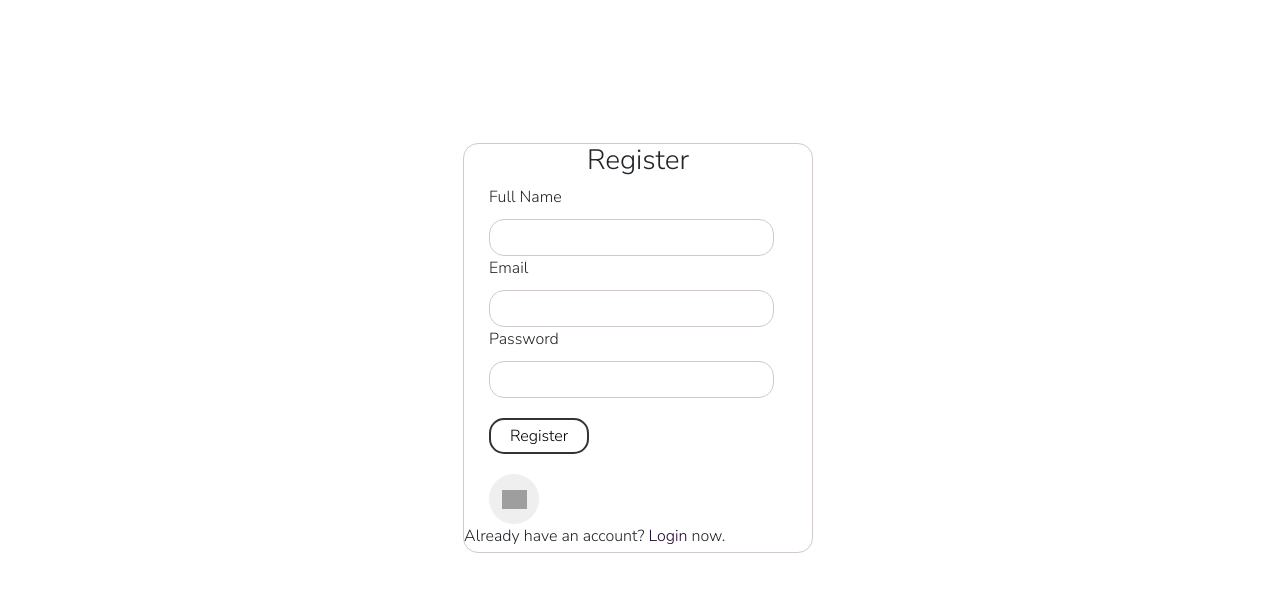
Repository: duzzisantos/rentify
Page: /register
The author's editor kept a copy of each file at every save. The page is drawn from the files as they stood at one save, then again after the next save.
The browser window is 1280 px wide. The pictures show the whole page.
Pictures or frames that could not be fetched are drawn as grey boxes. The project was rebuilt for these pictures with package versions that can differ from the ones it lists, and the page was loaded fresh each time. Also part of the build but not shown: src/home.js, src/admin.js, src/auth/auth.js, src/auth/login.js, src/table-component.js, src/edit-property.js, src/tables.js, src/booking.js.

Above is the page before, as saved 2022-05-19 02:06:43.

### src/App.js
import "./App.css";
import "react-bootstrap";
import "bootstrap/dist/css/bootstrap.min.css";
import { Route, Routes } from "react-router-dom";
import Homepage from "./home";
import Admins from "./admin";
import Auth from "./auth/auth";
import Login from "./auth/login";
import Register from "./auth/register";
import Tables from "./tables";
import EditProperty from "./edit-property";
import Booking from "./booking";

function App() {
  return (
    <div className="App">
      {/* <Auth/> */}
      <Routes>
        <Route path="/" element={<Login />} />
        <Route path="login/*" element={<Login />} />
        <Route path="register/*" element={<Register />} />
        <Route path="auth/*" element={<Auth />} />
        <Route path="auth/home/*" element={<Homepage />} />
        <Route path="auth/admin" element={<Admins />} />
        <Route path="auth/tables/*" element={<Tables />} />
        <Route path="auth/admin/edit-property/:ID" element={<EditProperty />} />
        <Route path="booking/:ID" element={<Booking />} />
      </Routes>
    </div>
  );
}

export default App;

### src/App.css
@import url("https://fonts.googleapis.com/css2?family=Nunito+Sans:wght@300&family=Poppins:wght@200;300&family=Roboto&family=Roboto+Serif:wght@300&family=Ubuntu:wght@300&display=swap");
* {
  font-family: "Nunito Sans", sans-serif;
}
.App {
  /* display: flex;
  flex-direction: column; */
  height: fit-content;
  width: 100%;
}

.hero {
  height: calc(0.4 * 657px);
  background-color: rgb(95, 17, 121);
  width: 100%;
  padding-top: 45px;
  display: flex;
  flex-direction: column;
  justify-content: center;
  align-items: center;
  bottom: 0;
}

.hero #search{
  text-align: left;
  text-indent: 10px;
  margin-bottom: 15px;
  width: 320px;
  border: 1px solid rgb(212,212,212);
  border-radius: 15px;
  outline: none;
  padding: 4px;
}

.hero #search::placeholder{
  font-size: small;
  text-align: center;
}
.hero h4{
  text-align: center;
  color: whitesmoke;
  margin-top: 20px;
}

.filter-property {
  height: calc(0.6 * 657px);
  width: 100%;
  color: gray;
  justify-content: center;
  align-items: center;
  bottom: 0;
  padding-top: 0px;
}

.filter-property h5{
  text-align: center;
  padding-top: 20px;
}
#display-results {
  height: 657px;
  background-color: white;
  width: 100%;
  color: gray;
}

h1 {
  color: white;
  padding-top: 0px;
  text-align: center;
  font-size: clamp(20px, 55px, 60px);
}

h4,
h6 {
  padding-top: 10px;
  margin-left: 25px;
  font-size: clamp(10px, 15px, 20px);
  color: rgba(0, 0, 0, 0.705);
}

.filter-property span {
  margin-left: 25px;
  margin-top: 10px;
  color: rgba(0, 0, 0, 0.705);
  display: block;
  font-weight: 600;
  font-size: 14px;
}

.filter-property label {
  display: inline-block;
  margin-left: 22px;
  font-size: 13px;
  color: rgba(0, 0, 0, 0.705);
}

.filter-property input[type="checkbox"] {
  display: inline-block;
  margin-left: 5px;
}

#search-btn {
  background-color: transparent;
  border: 1px solid black;
  color: rgba(0, 0, 0, 0.705);
  border-radius: 10px;
  display: block;
  margin-left: 25px;
  margin-top: 10px;
  padding: 6px;
  font-size: 13px;
  width: 70px;
  margin-bottom: 20px;
}

#search-btn:hover {
  border: 1px solid rgb(33, 2, 43);
  color: rgb(33, 2, 43);
}

.link {
  text-decoration-line: none;
  color: white;
  margin: 10px;
}

.links{
  color: rgb(33, 2, 43);
  text-decoration: none;
}
.link:hover {
  color: gray;
}

tr .link {
  text-decoration-line: none;
  color: rgba(0, 0, 0, 0.705);
  margin: 10px;
}

tr .link:hover {
  color: rgb(33, 2, 43);
}

.admin-container,
.edit-container {
  height: fit-content;
  padding-top: 80px;
  display: flex;
  flex-direction: column;
  width: 100%;
  justify-content: center;
  align-items: center;
}

.admin-container h2,
.admin-container h6,
.edit-container h6 {
  text-align: center;
}

.admin-container h2,
.edit-container h2 {
  color: rgba(0, 0, 0, 0.705);
  padding: 25px;
}

.admin-container form,
.edit-container form {
  padding-top: 20px;
  width: 450px;
  margin-left: 0;
  display: block;
  background-color: azure;
  display: flex;
  flex-direction: column;
  margin-bottom: 20px;
  border-radius: 15px;
}

.admin-container input,
.edit-container input {
  display: block;
  border: 1px solid rgb(212,212,212);
  border-radius: 15px;
  width: 300px;
  font-size: small;
  text-indent: 5px;
  margin-left: 15%;
}

.admin-container label,
.admin-container span,
.edit-container label,
.edit-container span {
  display: block;
  font-size: small;
  margin-top: 10px;
  margin-left: 15%;
}

#admin-btn {
  border-radius: 15px;
  border: 1px solid transparent;
  margin-bottom: 15px;
  margin-top: 15px;
  color: white;
  background-color: #25D366;
  display: block;
  font-size: small;
  margin-left: 15%;
  width: 100px;
  padding: 4px;
}


.display-data {
  height: fit-content;
  background-color: rgb(33, 2, 43);
  padding-top: 80px;
  color: whitesmoke;
  display: flex;
  flex-direction: column;
}

.display-data h2,
.display-data h6 {
  text-align: center;
  color: whitesmoke;
}

.photos {
  margin-top: 5px;
}

.photos::placeholder {
  font-size: small;
  text-indent: 5px;
}

/* #search {
  margin-bottom: 15px;
  width: 300px;
  border: 1px solid rgb(212,212,212);
  border-radius: 15px;
  outline: none;
  padding: 4px;
  margin-left: 40%;

}

#search::placeholder {
  font-size: small;
  text-align: center;
} */

input {
  outline: none;
}
.database {
  height: fit-content;
  background-color: azure;
  margin-top: 10px;
}

#delete {
  background-color: transparent;
  border: 1px solid #eb5e55;
  color: black;
  border-radius: 5px;
}

#data-reference {
  width: 950px;
  display: inline-block;
  overflow: hidden;
}

#data-reference ol li {
  margin-bottom: 12px;
}
#update-dialog input {
  width: 300px;
  margin-top: 3px;
  display: block;
}

#final-update {
  background-color: rgb(33, 2, 43);
  border: 1px solid transparent;
  color: whitesmoke;
  margin-bottom: 10px;
}

h4,
#display-results span {
  text-align: center;
}

#display-results {
  width: 100%;
  height: fit-content;
  border: 1px solid azure;
}

.one-result {
  width: 100%;
  height: fit-content;
  border: 1px solid whitesmoke;
}

.image-holder {
  height: fit-content;
  width: fit-content;
  border: 1px solid whitesmoke;
  display: flex;
  flex-direction: row;
  flex-wrap: wrap;
  margin-left: 80px;
}

.image-holder img {
  background-repeat: no-repeat;
  background-size: cover;
  height: 140px;
  width: 185px;
  margin: 5px;
  border: 1px solid whitesmoke;
  background-size: cover;
  background-position: center;
  transition: transform 0.5s;
}

.image-holder img:hover {
  transform: scale(1.3);
}
tr img {
  height: 30px;
  width: 40px;
  border: 1px solid whitesmoke;
  background-size: cover;
  background-position: center;
  transition: transform 0.5s;
}

tr img:hover {
  transform: scale(3);
}

.primary-details li {
  font-size: small;
  margin-left: 60px;
}
.primary-details li:nth-child(1) {
  margin-top: 10px;
}
.amenities li {
  list-style-type: none;
  display: inline-block;
  justify-content: space-between;
  margin: 8px;
  margin-left: 50px;
  font-size: small;
}

.booking {
  border: 1px solid rgb(33, 2, 43);
  color: rgb(33, 2, 43);
  background-color: transparent;
  margin-left: 3px;
  border-radius: 15px;
  font-size: 11px;
  margin-bottom: 10px;
}

.isAvailable {
  background-color: #25D366;
  border: 1px solid transparent;
  border-radius: 15px;
  color: white;
  font-size: 11px;
  margin-bottom: 5px;
  margin-left: 80px;
}

.booking-wrapper{
  height: fit-content;
  width: 100%;
  display: flex;
  flex-direction: column;
  justify-content: center;
  align-items: center;
  padding-top: 80px;
}

.my-booking{
  height: 500px;
  width: 400px;
  background-color: azure;
  border-radius: 15px;
}

.my-booking form{
  display: flex;
  flex-direction: column;
}
.my-booking label{
  margin-left: 50px;
  margin-top: 15px;
}
.my-booking input{
  width: 300px;
  margin-left: 50px;
  border-radius: 15px;
  margin-bottom: 5px;
  border: 1px solid rgb(212,212,212);
  text-indent: 10px;
}


.list-wrapper {
  padding-top: 80px;
  width: 99%;
  height: fit-content;
}

.login,
.register,
.reset {
  height: 645px;
  width: 99.7%;
  display: -webkit-box;
  display: -ms-flexbox;
  display: flex;
  -webkit-box-orient: vertical;
  -webkit-box-direction: normal;
      -ms-flex-direction: column;
          flex-direction: column;
  -webkit-box-pack: center;
      -ms-flex-pack: center;
          justify-content: center;
  -webkit-box-align: center;
      -ms-flex-align: center;
          align-items: center;
  bottom: 0;
}

.login input, .register input, .reset input{
  padding: 7px;
  width: 285px;
  border-radius: 15px;
  margin-top: 5px;
  margin-left: 25px;
  margin-top: 10px;
  border: 1px solid #d1c7d1;
  color: #525f7a;
  outline: none;
  text-indent: 12px;
  font-size: 14px;
}

.login label, .register label, .reset label{
  margin-left: 25px;
}

.login h3, .register h3, .reset h3{
  text-align: center;
}

.login-btn, .register-btn{
  width: 100px;
  padding: 4px;
  background-color: transparent;
  border: 2px solid rgba(0, 0, 0, 0.8);
  margin-left: 25px;
  border-radius: 15px;
  margin-top: 20px;
}

.google{
  background-image: url("https://upload.wikimedia.org/wikipedia/commons/thumb/5/53/Google_%22G%22_Logo.svg/1200px-Google_%22G%22_Logo.svg.png");
  background-size: 50%;
  background-repeat: no-repeat;
  background-position: center;
  margin-top: 20px;
  margin-left: 25px;
  width: 50px;
  height: 50px;
  border-radius: 50px;
  border: none;
  display: block;
}

.login-span, .register-span{
  display: block;
 text-align: center;
 margin-top: 10px;
}
.login-container,
.register-container,
.reset-container {
  height: 410px;
  width: 350px;
  border: 1px solid #d1c7d1;
  border-radius: 15px;
  margin-top: 50px;
}

.auth-container {
  height: 90px;
  width: 100%;
  background-color: transparent;
  margin-right: 10px;
  overflow: hidden;
  margin-left: auto;
  display: -webkit-box;
  display: -ms-flexbox;
  display: flex;
  -webkit-box-orient: horizontal;
  -webkit-box-direction: normal;
      -ms-flex-direction: row;
          flex-direction: row;
}

.auth-span {
  height: -webkit-fit-content;
  height: -moz-fit-content;
  height: fit-content;
  width: -webkit-fit-content;
  width: -moz-fit-content;
  width: fit-content;
  margin-left: 4px;
  margin-top: 5px;
  overflow: hidden;
}

.auth-btn {
  height: 40px;
  width: 40px;
  border-radius: 50%;
  margin-left: 10px;
  margin-top: 0px;
  border: 1px solid transparent;
  color: #25D366;
}

.auth-btn:hover {
  color: rgba(0, 0, 0, 0.8);
  -webkit-transition-delay: 20ms;
          transition-delay: 20ms;
}

.auth-avi{
  height: 40px;
  width: 40px;
  background-color: rgba(0, 0, 0, 0.8);
  color: whitesmoke;
  border-radius: 50%;
  text-align: center;
  padding-top: 6px;
}
/*Navbar component*/

.nav-items {
  width: 100%;
  height: 90px;
  margin-top: 0px;
}

.nav-links {
  display: inline-block;
  margin-left: 20px;
  padding-top: 15px;
}

.nav-links:nth-child(1) {
  font-size: 25px;
  color: black;
  font-weight: 800;
  -webkit-text-decoration-line: none;
          text-decoration-line: none;
  text-decoration: none;
  margin-left: 0px;
}

.nav-items #hamburger-icon {
  display: none;
}

.nav-items .dashboard-container {
  margin-left: 0px;
}

.link {
  color: #525f7a;
  font-size: 14px;
  text-decoration: none;
}

.link:hover {
  -webkit-text-decoration-line: underline;
          text-decoration-line: underline;
  text-decoration-thickness: 2px;
  -webkit-text-decoration-color: rgba(0,0,0,0.8);
          text-decoration-color: rgba(0, 0, 0, 0.8);
}

.nav-wrap {
  display: -webkit-box;
  display: -ms-flexbox;
  display: flex;
  -webkit-box-orient: horizontal;
  -webkit-box-direction: normal;
      -ms-flex-direction: row;
          flex-direction: row;
  margin-top: 0px;
}

.navbar {
  height: 90px;
  background-color: #f8f7ff;
  -webkit-box-shadow: 1px 1px 5px 1px rgba(0, 0, 0, 0.1);
          box-shadow: 1px 1px 5px 1px rgba(0, 0, 0, 0.1);
  width: 100%;
  position: fixed;
  z-index: 2;
  display: -webkit-box;
  display: -ms-flexbox;
  display: flex;
  -webkit-box-orient: horizontal;
  -webkit-box-direction: normal;
      -ms-flex-direction: row;
          flex-direction: row;
}

### src/auth/register.js
import React, { useEffect, useState } from "react";
import { useAuthState } from "react-firebase-hooks/auth";
import { Link, useNavigate } from "react-router-dom";
import {
  auth,
  registerWithEmailAndPassword,
  signInWithGoogle,
} from "./firebase";
import "../App.css";

const Register = () => {
  const [email, setEmail] = useState("");
  const [password, setPassword] = useState("");
  const [name, setName] = useState("");
  const [user, loading] = useAuthState(auth);
  const navigate = useNavigate();
  const register = () => {
    if (!name) {
      alert("Please enter name!");
    } else {
      registerWithEmailAndPassword(name, email, password);
    }
  };

  useEffect(() => {
    if (loading) {
      return;
    } else if (user) {
      navigate("/");
    }
  });
  return (
    <div className="register">
      <div className="register-container">
        <h3>Register</h3>
        <label htmlFor="fullName">Full Name</label>
        <input
          type="text"
          id="fullName"
          value={name}
          onChange={(e) => setName(e.target.value)}
        />
        <label htmlFor="email">Email</label>
        <input
          type="text"
          id="email"
          value={email}
          onChange={(e) => setEmail(e.target.value)}
        />
        <label htmlFor="password">Password</label>
        <input
          type="password"
          id="password"
          value={password}
          onChange={(e) => setPassword(e.target.value)}
        />

        <button className="register-btn" onClick={register}>
          Register
        </button>
        <button className="google" onClick={signInWithGoogle}>

        </button>
        <div>
          <span>
            Already have an account?{" "}
            <Link to="/" className="links">
              Login
            </Link>{" "}
            now.
          </span>
        </div>
      </div>
    </div>
  );
};

export default Register;

### src/auth/firebase.js
// Import the functions you need from the SDKs you need
import { initializeApp } from "firebase/app";
import {
  GoogleAuthProvider,
  getAuth,
  signInWithPopup,
  createUserWithEmailAndPassword,
  sendPasswordResetEmail,
  signOut,
  signInWithEmailAndPassword,
  FacebookAuthProvider,
  GithubAuthProvider,
} from "firebase/auth";

import {
  getFirestore,
  query,
  getDocs,
  collection,
  where,
  addDoc,
} from "firebase/firestore";

const firebaseConfig = {
  apiKey: "AIzaSyBq7ZNJVq1t_7de0pP81LbAvlPEPQxA0vo",
  authDomain: "rentify-auth.firebaseapp.com",
  projectId: "rentify-auth",
  storageBucket: "rentify-auth.appspot.com",
  messagingSenderId: "445797736646",
  appId: "1:445797736646:web:41143314a017117dcc77c7",
  measurementId: "G-53M80TPLJK",
};

// Initialize Firebase
const app = initializeApp(firebaseConfig);
const auth = getAuth(app);
const db = getFirestore(app);
const provider = new FacebookAuthProvider();
provider.addScope("user_birthday");
provider.setCustomParameters({
  display: "popup",
});

const googleProvider = new GoogleAuthProvider();
const signInWithGoogle = async () => {
  try {
    const res = await signInWithPopup(auth, googleProvider);
    const user = res.user;
    const q = query(collection(db, "users"), where("uid", "==", user.uid));
    const docs = await getDocs(q);
    if (docs.docs.length === 0) {
      await addDoc(collection(db, "users"), {
        uid: user.uid,
        name: user.displayName,
        authProvider: "google",
        email: user.email,
      });
    }
  } catch (err) {
    console.log(err);
  }
};

//Facebook authentication

const signInWithFacebook = async () => {
  try {
    const res = await signInWithPopup(auth, provider);
    const user = res.user;
    const q = query(collection(db, "users"), where("uid", "==", user.uid));
    const docs = await getDocs(q);
    if (docs.docs.length === 0) {
      await addDoc(collection(db, "users"), {
        uid: user.uid,
        name: user.displayName,
        authProvider: "facebook",
        email: user.email,
        photo: user.photoURL,
      });
    }
  } catch (err) {
    console.log(err);
  }
};

const gitProvider = new GithubAuthProvider();
gitProvider.addScope("user");
gitProvider.setCustomParameters({
  allow_signup: "false",
});
const signInUsingGithub = async () => {
  try {
    const res = await signInWithPopup(auth, gitProvider);
    const user = res.user;
    const q = query(collection(db, "users"), where("uid", "==", user.uid));
    const docs = await getDocs(q);
    if (docs.docs.length === 0) {
      await addDoc(collection(db, "users"), {
        uid: user.uid,
        name: user.displayName,
        authProvider: "github",
        email: user.email,
        photo: user.photoURL,
      });
    }
  } catch (err) {
    console.log(err);
  }
};

const logInWithEmailAndPassword = async (email, password) => {
  try {
    await signInWithEmailAndPassword(auth, email, password);
  } catch (err) {
    alert("Either Email or Password is incorrect!");
    console.log(err);
  }
};

const registerWithEmailAndPassword = async (name, email, password) => {
  try {
    const res = await createUserWithEmailAndPassword(auth, email, password);
    const user = res.user;
    await addDoc(collection(db, "users"), {
      uid: user.uid,
      name,
      authProvider: "google",
      email,
    });
  } catch (err) {
    console.log(err);
  }
};

const sendPasswordReset = async (email) => {
  try {
    await sendPasswordResetEmail(auth, email);
    console.log("Password reset link sent!");
  } catch (err) {
    console.log(err);
  }
};

const logout = () => {
  signOut(auth);
};

export {
  auth,
  db,
  signInWithGoogle,
  signInWithFacebook,
  signInUsingGithub,
  logInWithEmailAndPassword,
  registerWithEmailAndPassword,
  sendPasswordReset,
  logout,
};

Loaded but not shown: public/index.html (common file); src/index.js (common file); src/index.css (common file)

After the next save:
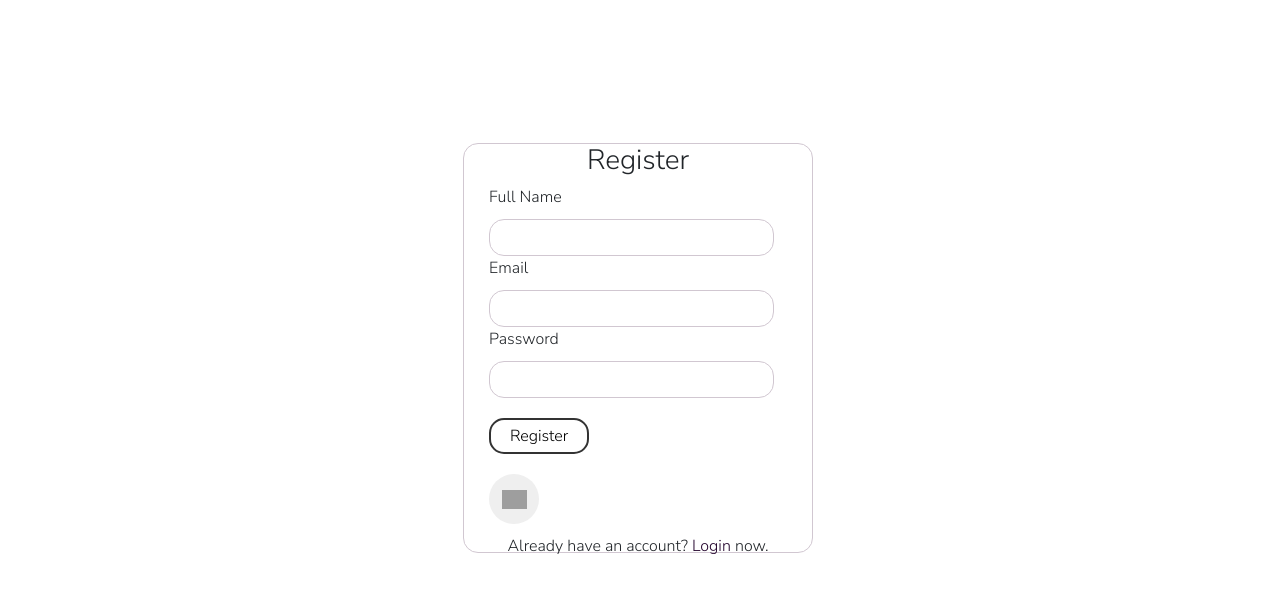
Saved 27 s later.
--- a/src/auth/register.js
+++ b/src/auth/register.js
@@ -62,7 +62,7 @@ const Register = () => {
 
         </button>
         <div>
-          <span>
+          <span className="register-span">
             Already have an account?{" "}
             <Link to="/" className="links">
               Login
